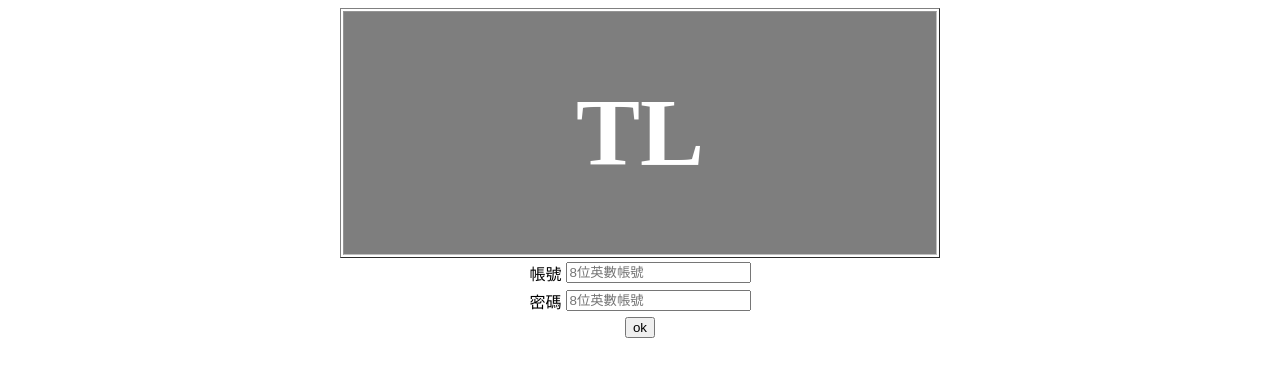
Repository: DAXMZB/Project
Page: http://localhost/SP2/login.jsp
These files come from the project's save history. The page is drawn as it stood at one moment and after the next save; the edit follows.
The browser window is 1280 px wide. The pictures show the whole page.
The page is served by Tomcat 9. Other server files are loaded and not shown.

Above is the page before, as saved 2026-02-05 12:09:02.

### SP2/src/main/webapp/login.jsp
<%@ page language="java" contentType="text/html; charset=UTF-8"
	pageEncoding="UTF-8"%>
<!DOCTYPE html>
<html>
<head>
<meta charset="UTF-8">
<title>Insert title here</title>
</head>
<body>
	<table width=600 align=center border=1>
		<tr height=100><%@include file="title.jsp"%></tr>
	</table>
	<form action="LoginController">
		<table align=center>
			<tr>
				<td>帳號</td>
				<td><input type=text name=username placeholder="8位英數帳號"></td>
			</tr>
			<tr>
				<td>密碼</td>
				<td><input type=password name=password placeholder="8位英數帳號"></td>
			</tr>
			<tr>
				<td colspan=2 align=center><input type=submit value=ok></td>
			</tr>
		</table>
	</form>
</body>
</html>

### SP2/src/main/webapp/title.jsp
<%@ page language="java" contentType="text/html; charset=UTF-8"
	pageEncoding="UTF-8"%>
<!DOCTYPE html>
<html>
<head>
<meta charset="UTF-8">
<title>Insert title here</title>
</head>
<body>
	<td colspan=2 bgcolor=black style="opacity: 0.5" align=center><font
		color=white size=7><b><h1>TL</h1></b></font></td>
</body>
</html>

After the next save:
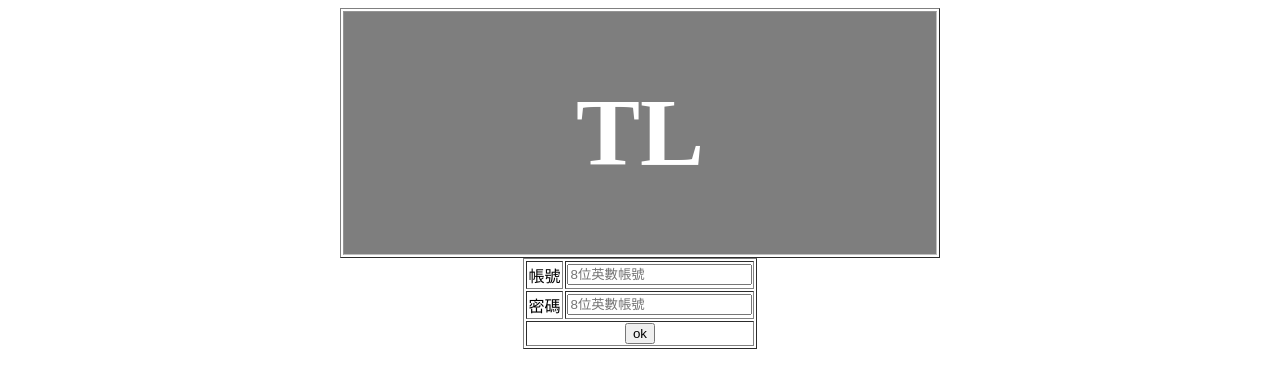
Saved 4 s later.
--- a/SP2/src/main/webapp/login.jsp
+++ b/SP2/src/main/webapp/login.jsp
@@ -11,7 +11,7 @@
 		<tr height=100><%@include file="title.jsp"%></tr>
 	</table>
 	<form action="LoginController">
-		<table align=center>
+		<table align=center border=1>
 			<tr>
 				<td>帳號</td>
 				<td><input type=text name=username placeholder="8位英數帳號"></td>
